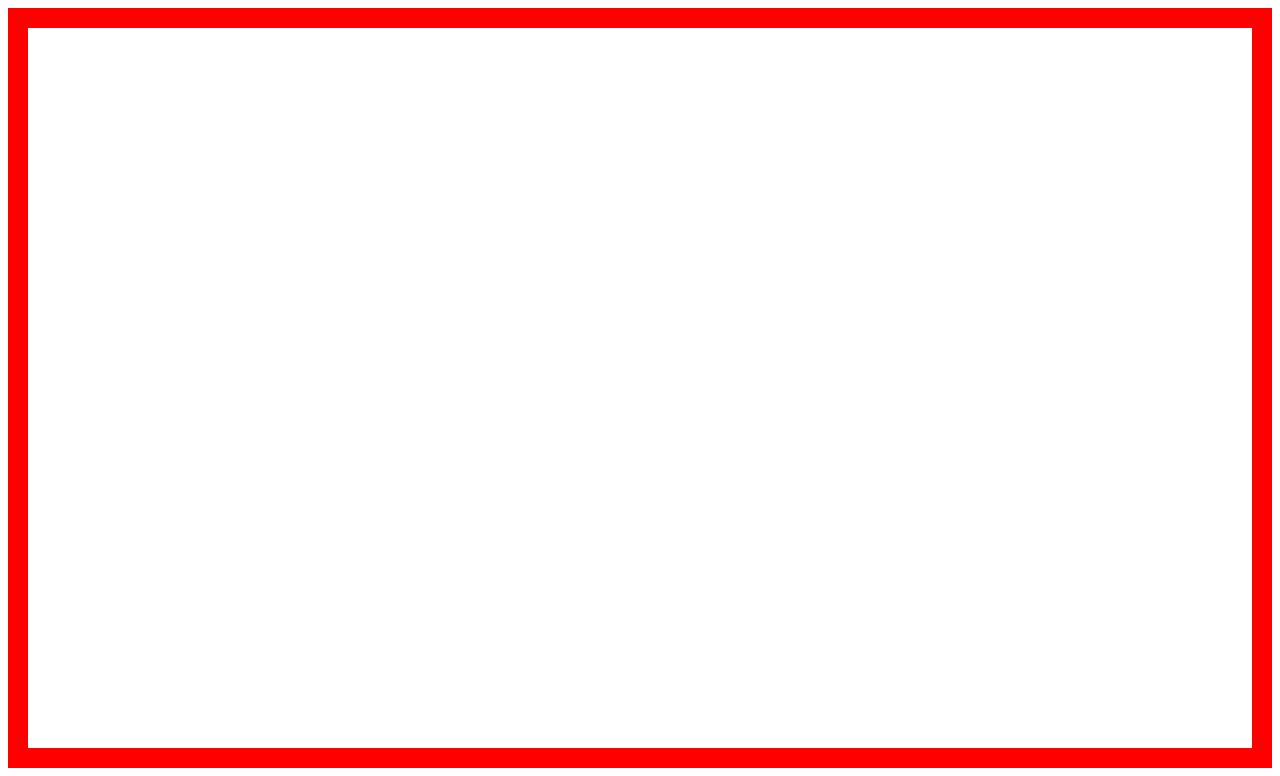
Repository: kem85/beginning
Page: web/html/learn/Day 2/index.html
The author's editor kept a copy of each file at every save. The page is drawn from the files as they stood at one save, then again after a run of saves.
The browser window is 1280 px wide. The pictures show the whole page.

Above is the page before, as saved 2024-06-17 16:11:36.

After the next 28 saves:
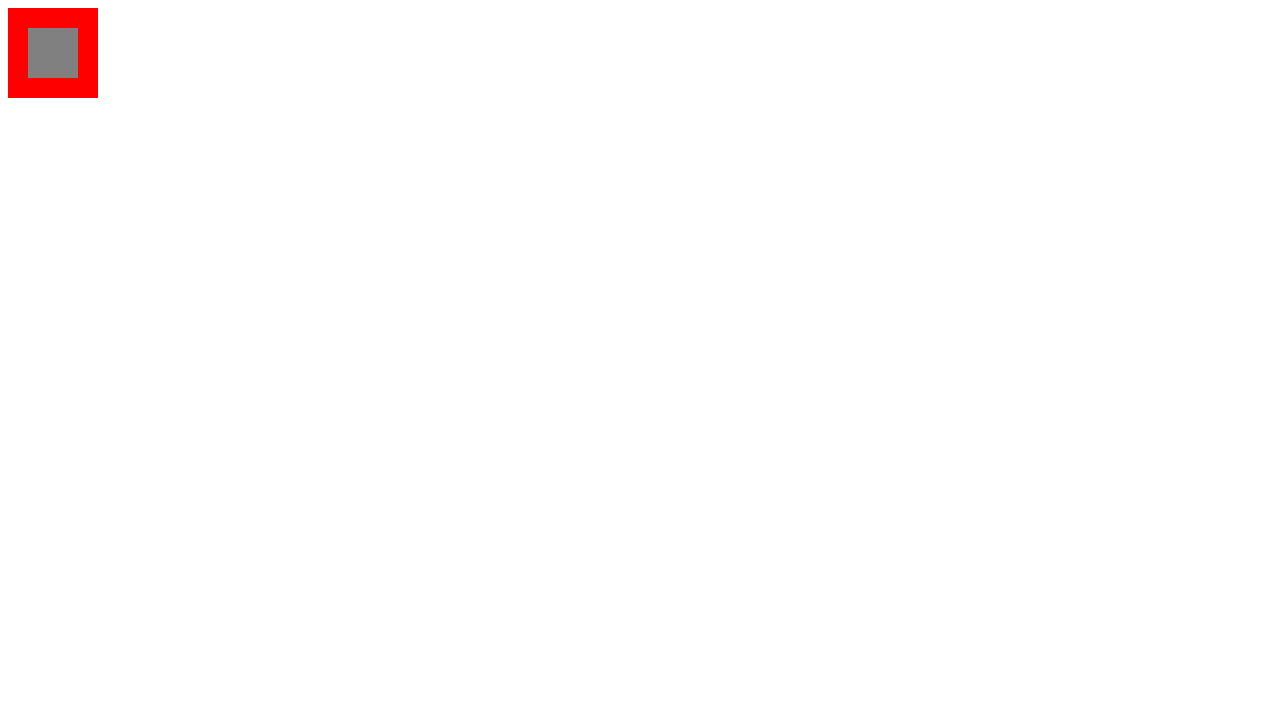
The 28 saves are shown as one change because they came seconds apart.
The last was saved 38 s later.
--- a/web/html/learn/Day 2/main.css
+++ b/web/html/learn/Day 2/main.css
@@ -1,8 +1,12 @@
 .banner{
-    min-height: 100vh;
-    min-width: 100vh;
     border: 20px solid red;
+    background-color: gray;
+    width: 50px;
+    height: 50px;
     justify-content: center;
     text-align: center;
     align-items: center;
 }
+banner:hover{
+    background-color: green;
+}
